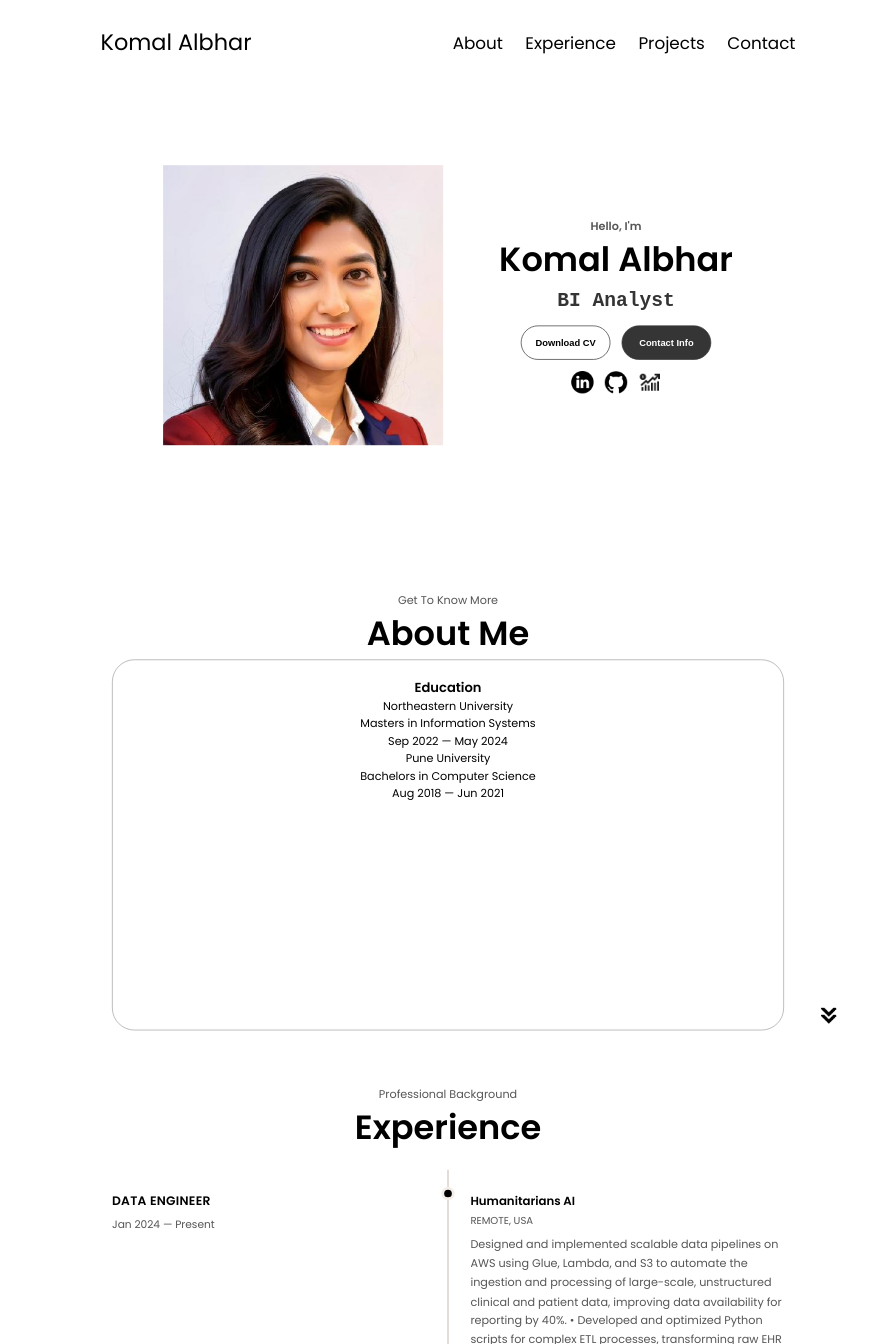
Repository: Komal-A99/komal-albhar
Page: index.html
The author's editor kept a copy of each file at every save. The page is drawn from the files as they stood at one save, then again after the next save.
The browser window is 1280 px wide. The pictures show the part of the page from y = 0 to 1920 px (the page is 5649 px tall), at 70% of full size.

Above is the page before, as saved 2025-08-26 14:26:29.

After the next save:
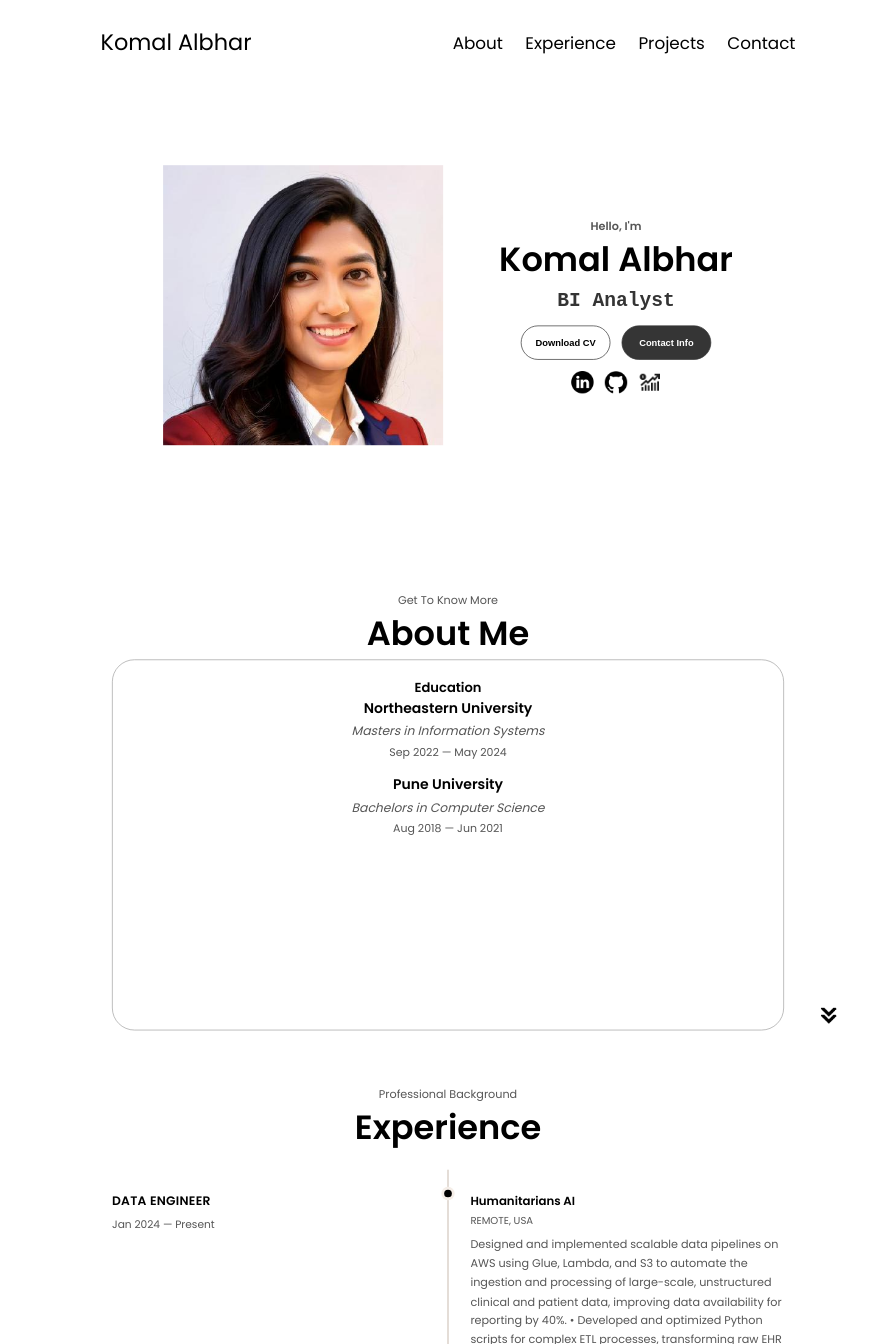
Saved 4 min 21 s later.
--- a/style.css
+++ b/style.css
@@ -332,6 +332,16 @@ section {
   width: 400px;
   margin: auto 0;
 }
+/* Education list formatting */
+.edu-list { display: flex; flex-direction: column; gap: 1.2rem; align-items: center; }
+.edu-item { display: flex; flex-direction: column; align-items: center; gap: .35rem; }
+.edu-school { font-weight: 700; font-size: 1.25rem; }      /* slightly bigger */
+.edu-degree { font-style: italic; font-size: 1.1rem; color: rgb(85,85,85); }
+.edu-dates  { font-size: .98rem; color: rgb(85,85,85); }
+
+/* Center only the Technical Skills heading (keep everything else the same) */
+#about .skills-card .card-title { text-align: center; }
+
 
 /* EXPERIENCE SECTION */
 
